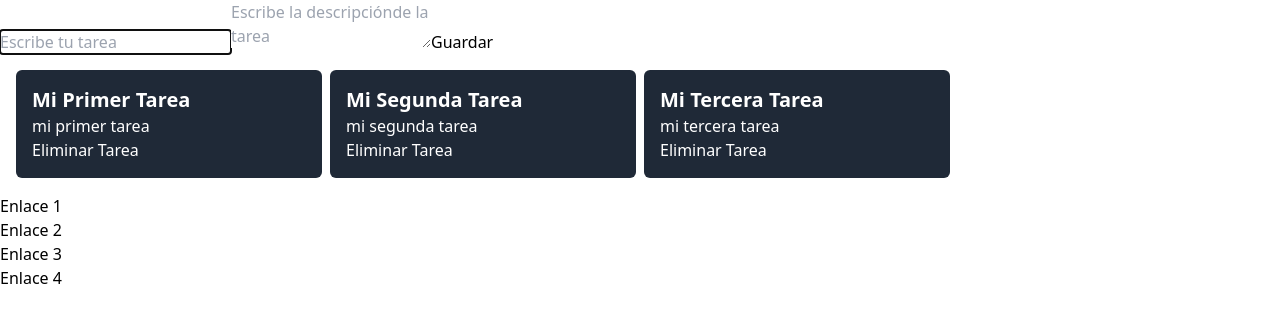
Repository: Ciromontes/AgendaTuTarea
Page: /
The author's editor kept a copy of each file at every save. The page is drawn from the files as they stood at one save, then again after the next save.
The browser window is 1280 px wide. The pictures show the whole page.
The project was rebuilt for these pictures with package versions that can differ from the ones it lists, and the page was loaded fresh each time. Also part of the build but not shown: vite.config.js.

Above is the page before, as saved 2023-09-19 06:55:24.

### index.html
<!doctype html>
<html lang="en">
  <head>
    <meta charset="UTF-8" />
    <link rel="icon" type="image/svg+xml" href="/vite.svg" />
    <meta name="viewport" content="width=device-width, initial-scale=1.0" />
    <title>Vite + React</title>
  </head>
  <body>
    <div id="root"></div>

    <ul>
      <li><a href="">Enlace 1</a></li>
      <li><a href="">Enlace 2</a></li>
      <li><a href="">Enlace 3</a></li>
      <li><a href="">Enlace 4</a></li>
    </ul>
    <script type="module" src="/src/main.jsx"></script>
  </body>
</html>

### src/main.jsx
import React from 'react';
import ReactDOM from 'react-dom/client';
import App from './App';
import './index.css'
import { TaskContextProvider } from './context/TaskContext';

ReactDOM.createRoot(document.getElementById('root')).render(
  <React.StrictMode>
    <TaskContextProvider>
    <App />
    </TaskContextProvider>
  </React.StrictMode>
);

### src/App.jsx

import TaskList from './components/TaskList'
import TaskForm from './components/TaskForm'
function App() {
  return (
    <>
      <TaskForm/>
      <TaskList />
    </>
  )
}

export default App;

### src/context/TaskContext.jsx
import { createContext, useState, useEffect } from 'react'
import { tasks as data } from '../data/tasks'

export const TaskContext = createContext()
export function TaskContextProvider(props) {
    const [tasks, setTasks] = useState([]);

    function createTask(task) {
        setTasks([...tasks, {
            title: task.title,
            id: tasks.length,
            description: task.description
        }])
    }
    function deleteTask(taskId) {
        setTasks(tasks.filter(task => task.id !== taskId));
    }
    useEffect(() => {
        setTasks(data)
    }, []);

    return (
        <TaskContext.Provider value={{
            tasks,
            deleteTask,
            createTask
        }}>
            {props.children}
        </TaskContext.Provider>

    );
}

### src/components/TaskList.jsx
import TaskCard from "./TaskCard";
import { useContext } from "react";
import { TaskContext } from '../context/TaskContext';
function TaskList() {
  const { tasks } = useContext(TaskContext);


  if (tasks.length === 0) {
    return <h1>Noy hay tareas aún</h1>
  }


  return (
    <div className="grid grid-cols-4 gap-2 p-4 rounded-md">
      {tasks.map((task) => (
        <TaskCard key={task.id} task={task} />
      ))}

    </div>
  );
}

export default TaskList

### src/components/TaskForm.jsx
import { useState, useContext } from "react";
import {TaskContext} from '../context/TaskContext'

function TaskForm() {

    const [title, setTitle] = useState("");
    const [description, setDescription] = useState("");
    const {createTask} = useContext(TaskContext)

    const handleSubmit = (e) => {
        e.preventDefault();
        createTask({
            title,
            description
        });
        setTitle('')
        setDescription('')

    }

    return (
        <form onSubmit={handleSubmit}>
            <input
                placeholder="Escribe tu tarea"
                onChange={(e) => setTitle(e.target.value)}
                value = {title}
                autoFocus
            />
            <textarea placeholder="Escribe la descripciónde la tarea"
                onChange={(e) => setDescription(e.target.value)}
                value = {description}

            ></textarea>

            <button>
                Guardar
            </button>
        </form>
    );
}

export default TaskForm;

### src/data/tasks.js
export const tasks = [
    {
        id: 0,
        title: 'mi primer tarea',
        description: "mi primer tarea",

    },
    {
        id: 1,
        title: 'mi segunda tarea',
        description: "mi segunda tarea",

    }, {
        id: 2,
        title: 'mi tercera tarea',
        description: "mi tercera tarea",

    }
];

### src/components/TaskCard.jsx
import { useContext } from 'react';
import {TaskContext} from '../context/TaskContext';
function TaskCard({ task }) {
    const { deleteTask } =  useContext(TaskContext);
    return (

        <div className='bg-gray-800 text-white p-4 rounded-md'>
            <h1 className='text-xl font-bold capitalize'>{task.title}</h1>
            <p>{task.description}</p>
            <button onClick={() => deleteTask(task.id)}>
                Eliminar Tarea
            </button>
        </div>

    );
}

export default TaskCard;

Loaded but not shown: src/index.css (common file); tailwind.config.js (common file)

After the next save:
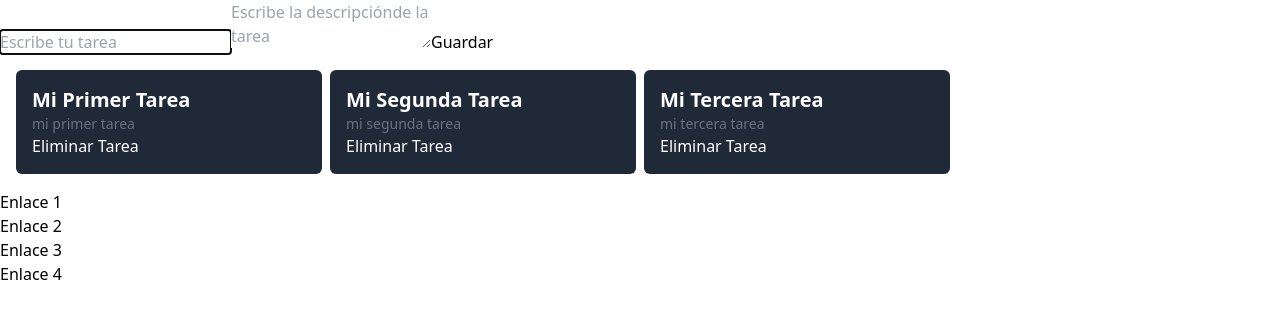
Saved 71 s later.
--- a/src/components/TaskCard.jsx
+++ b/src/components/TaskCard.jsx
@@ -6,7 +6,7 @@ function TaskCard({ task }) {
 
         <div className='bg-gray-800 text-white p-4 rounded-md'>
             <h1 className='text-xl font-bold capitalize'>{task.title}</h1>
-            <p>{task.description}</p>
+            <p className='text-gray-500 text-sm'>{task.description}</p>
             <button onClick={() => deleteTask(task.id)}>
                 Eliminar Tarea
             </button>
